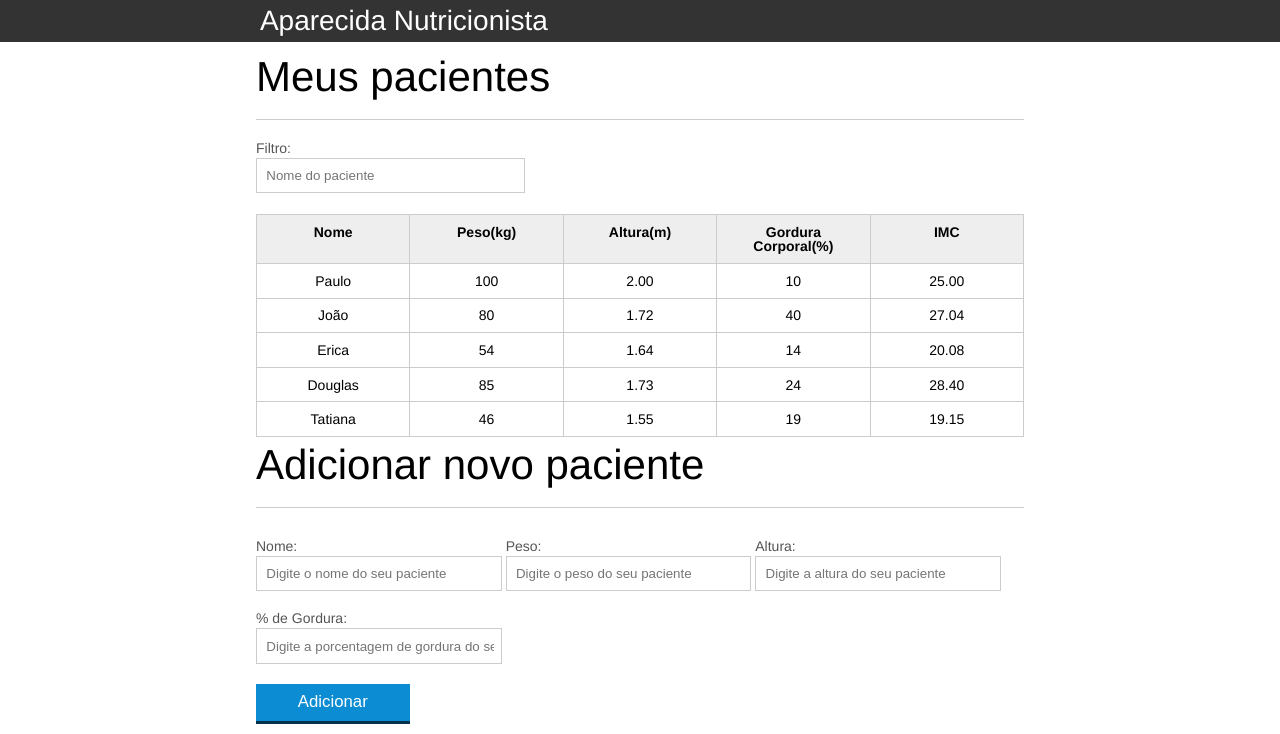
Repository: GabbLps/Controle-de-Clientes-Alura
Page: index.html
An editor plug-in stored every save of this project. The page is shown before and after the next save, followed by the edit.
The browser window is 1280 px wide. The pictures show the whole page.

Above is the page before, as saved 2022-05-15 20:01:20.

After the next save:
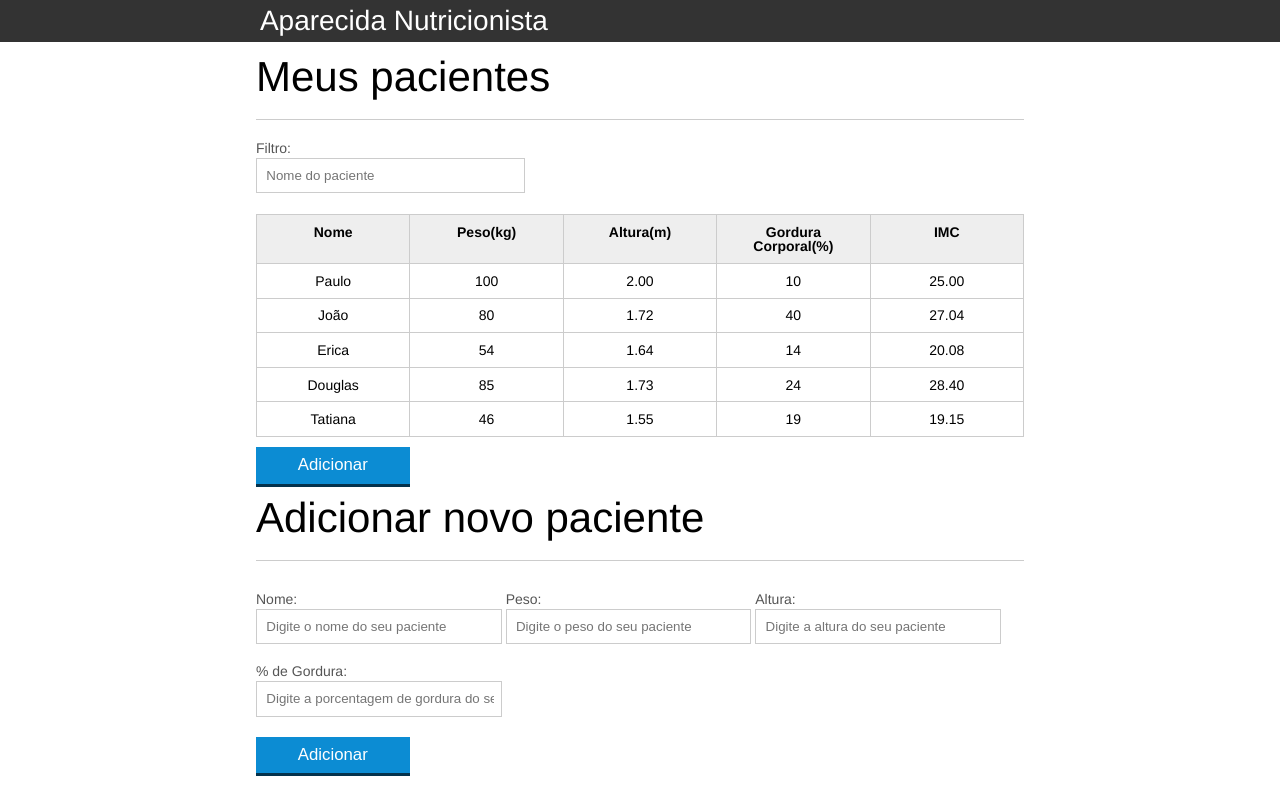
Saved 15 h 32 min later.
--- a/index.html
+++ b/index.html
@@ -72,6 +72,7 @@
 					</tbody>
 				</table>
 
+				<button id="adicionar-paciente" class="botao bto-principal">Adicionar</button>
 			</section>
 		</main>
 
